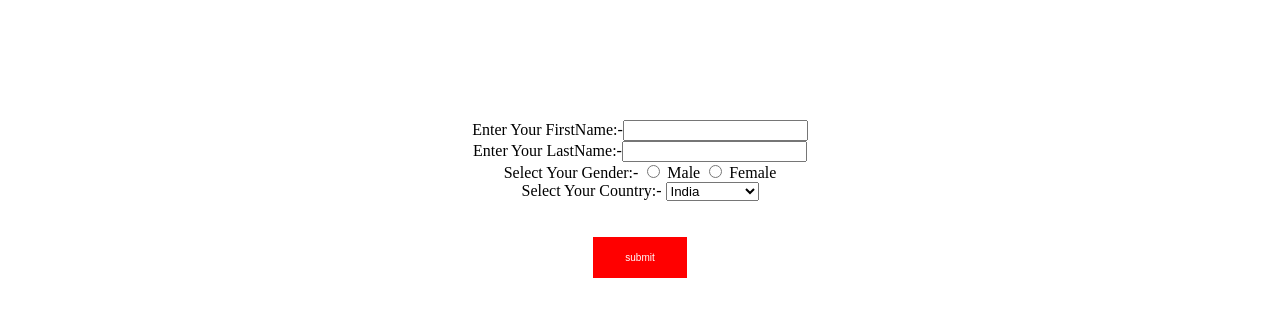
Repository: ErNitesh-d/java-program
Page: JAVA PROJECTS/ASSIGNMMENT_2/WebContent/index.html
These files come from the project's save history. The page is drawn as it stood at one moment and after the next save; the edit follows.
The browser window is 1280 px wide. The pictures show the whole page.

Above is the page before, as saved 2022-09-03 15:16:25.

After the next save:
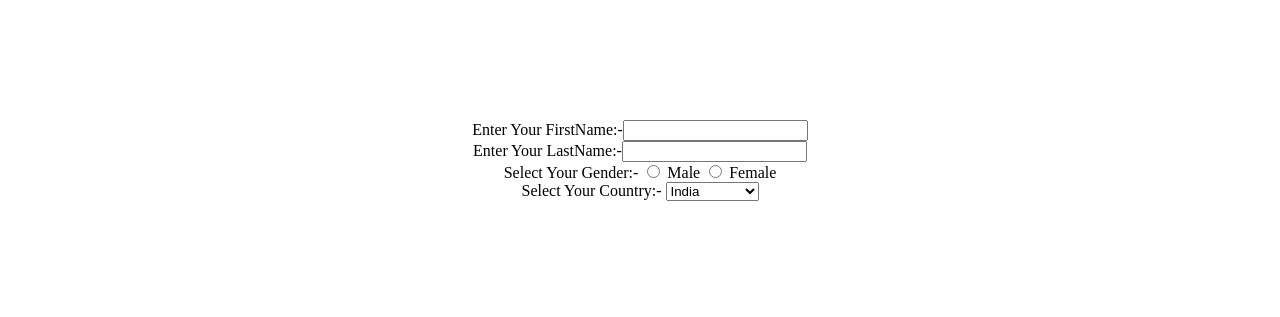
Saved 65 s later.
--- a/JAVA PROJECTS/ASSIGNMMENT_2/WebContent/index.html
+++ b/JAVA PROJECTS/ASSIGNMMENT_2/WebContent/index.html
@@ -28,13 +28,7 @@ Select Your Gender:-
 <br>
 <br>
 <input type="submit" style=" position: relative; background-color: red; /* Green */
-border: none;
-color: white;
-padding: 15px 32px;
-text-align: center;
-text-decoration: none;
-display: inline-block;
-font-size: 10px;"value="submit">
+
 </form>
 </div>
 </body>
